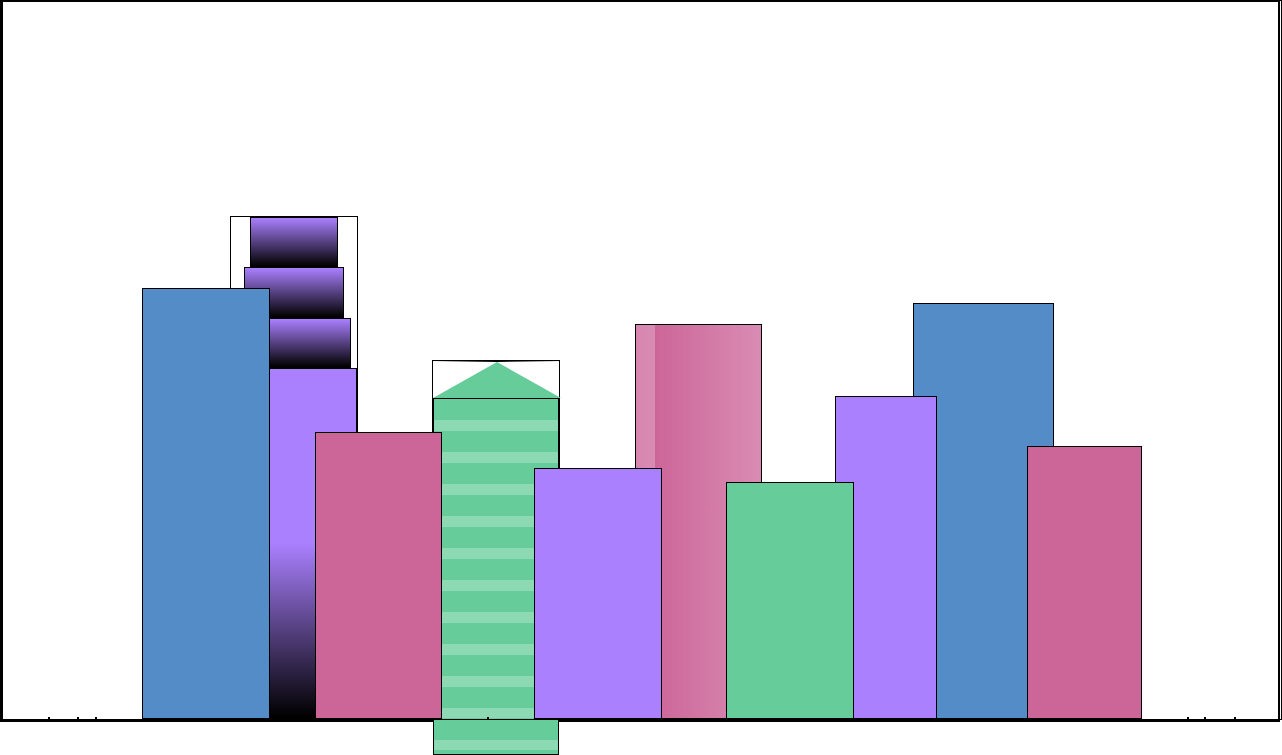
Repository: Lungdjos/city_skyline
Page: index.html
These files come from the project's save history. The page is drawn as it stood at one moment and after the next save; the edit follows.
The browser window is 1280 px wide. The page is 1282 px wide, so the pictures cover 1282 px, including what lies to the right of the window. The pictures show the whole page.

Above is the page before, as saved 2023-12-12 11:07:01.

After the next save:
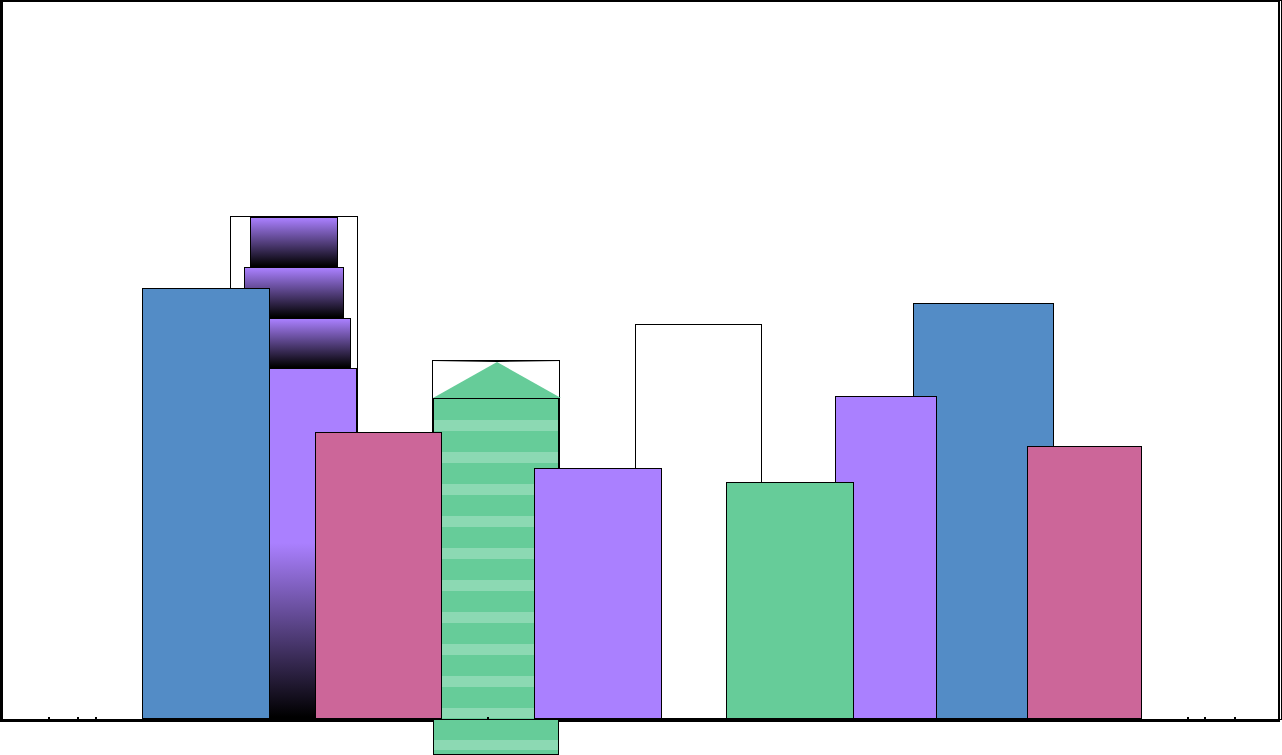
Saved 83 s later.
--- a/styles.css
+++ b/styles.css
@@ -90,7 +90,7 @@ body {
     width: 10%;
     height: 55%;
     background-color: var(--building-color3);
-    background: repeating-linear-gradient(90deg, var(--building-color3) 15%, var(--window-color3));
+    background: repeating-linear-gradient(90deg, var(--building-color3) 15%, var(--building-color3) 15%, var(--window-color3) var(--window-color3));
 }
 
 .bb4 {
